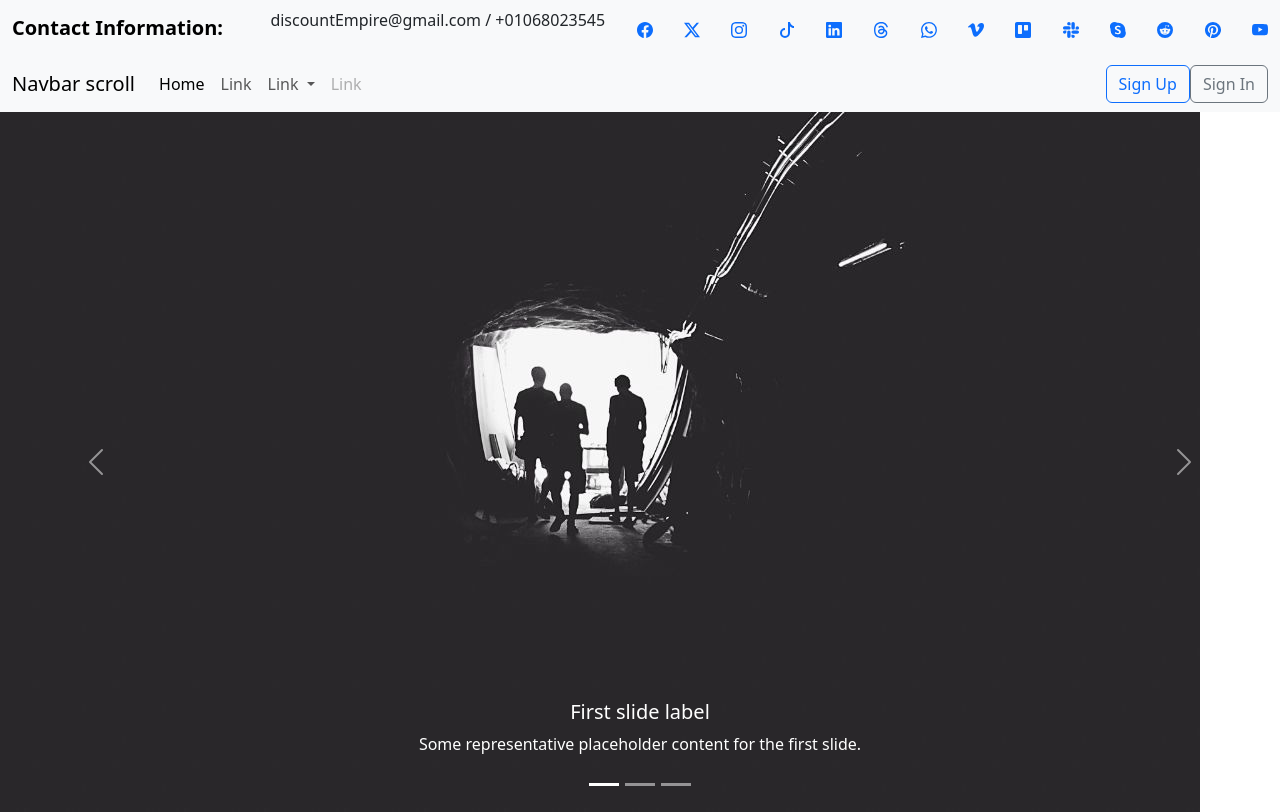
Repository: HaziimYassien/The-Discount-Empire
Page: index.html
The author's editor kept a copy of each file at every save. The page is drawn from the files as they stood at one save, then again after a run of saves.
The browser window is 1280 px wide. The pictures show the whole page.

Above is the page before, as saved 2024-01-24 18:28:49.

### index.html
<!DOCTYPE html>
<html lang="en">
  <head>
    <meta charset="UTF-8" />
    <meta name="viewport" content="width=device-width, initial-scale=1.0" />
<link href="https://cdn.jsdelivr.net/npm/bootstrap@5.3.2/dist/css/bootstrap.min.css" rel="stylesheet" integrity="sha384-T3c6CoIi6uLrA9TneNEoa7RxnatzjcDSCmG1MXxSR1GAsXEV/Dwwykc2MPK8M2HN" crossorigin="anonymous">
<script src="https://cdn.jsdelivr.net/npm/bootstrap@5.3.2/dist/js/bootstrap.bundle.min.js" integrity="sha384-C6RzsynM9kWDrMNeT87bh95OGNyZPhcTNXj1NW7RuBCsyN/o0jlpcV8Qyq46cDfL" crossorigin="anonymous"></script>

    <title>Document</title>
  </head>
  <body>
    <!-- START _SocialMediaBar -->
<nav class="h-auto navbar sticky-top navbar-light bg-light">
  <div class="h-1 container-fluid">
    <strong class="mb-0 navbar-brand" href="#">Contact Information:  </strong>
    <p>discountEmpire@gmail.com / +01068023545</p>
    <a href="#">
 <svg xmlns="http://www.w3.org/2000/svg" width="16" height="16" fill="currentColor" class="bi bi-facebook" viewBox="0 0 16 16">
  <path d="M16 8.049c0-4.446-3.582-8.05-8-8.05C3.58 0-.002 3.603-.002 8.05c0 4.017 2.926 7.347 6.75 7.951v-5.625h-2.03V8.05H6.75V6.275c0-2.017 1.195-3.131 3.022-3.131.876 0 1.791.157 1.791.157v1.98h-1.009c-.993 0-1.303.621-1.303 1.258v1.51h2.218l-.354 2.326H9.25V16c3.824-.604 6.75-3.934 6.75-7.951"/>
</svg>
    </a>

    <a href="#">
<svg xmlns="http://www.w3.org/2000/svg" width="16" height="16" fill="currentColor" class="bi bi-twitter-x" viewBox="0 0 16 16">
  <path d="M12.6.75h2.454l-5.36 6.142L16 15.25h-4.937l-3.867-5.07-4.425 5.07H.316l5.733-6.57L0 .75h5.063l3.495 4.633L12.601.75Zm-.86 13.028h1.36L4.323 2.145H2.865z"/>
</svg>
</a>
<a href="#">
<svg xmlns="http://www.w3.org/2000/svg" width="16" height="16" fill="currentColor" class="bi bi-instagram" viewBox="0 0 16 16">
  <path d="M8 0C5.829 0 5.556.01 4.703.048 3.85.088 3.269.222 2.76.42a3.9 3.9 0 0 0-1.417.923A3.9 3.9 0 0 0 .42 2.76C.222 3.268.087 3.85.048 4.7.01 5.555 0 5.827 0 8.001c0 2.172.01 2.444.048 3.297.04.852.174 1.433.372 1.942.205.526.478.972.923 1.417.444.445.89.719 1.416.923.51.198 1.09.333 1.942.372C5.555 15.99 5.827 16 8 16s2.444-.01 3.298-.048c.851-.04 1.434-.174 1.943-.372a3.9 3.9 0 0 0 1.416-.923c.445-.445.718-.891.923-1.417.197-.509.332-1.09.372-1.942C15.99 10.445 16 10.173 16 8s-.01-2.445-.048-3.299c-.04-.851-.175-1.433-.372-1.941a3.9 3.9 0 0 0-.923-1.417A3.9 3.9 0 0 0 13.24.42c-.51-.198-1.092-.333-1.943-.372C10.443.01 10.172 0 7.998 0zm-.717 1.442h.718c2.136 0 2.389.007 3.232.046.78.035 1.204.166 1.486.275.373.145.64.319.92.599s.453.546.598.92c.11.281.24.705.275 1.485.039.843.047 1.096.047 3.231s-.008 2.389-.047 3.232c-.035.78-.166 1.203-.275 1.485a2.5 2.5 0 0 1-.599.919c-.28.28-.546.453-.92.598-.28.11-.704.24-1.485.276-.843.038-1.096.047-3.232.047s-2.39-.009-3.233-.047c-.78-.036-1.203-.166-1.485-.276a2.5 2.5 0 0 1-.92-.598 2.5 2.5 0 0 1-.6-.92c-.109-.281-.24-.705-.275-1.485-.038-.843-.046-1.096-.046-3.233s.008-2.388.046-3.231c.036-.78.166-1.204.276-1.486.145-.373.319-.64.599-.92s.546-.453.92-.598c.282-.11.705-.24 1.485-.276.738-.034 1.024-.044 2.515-.045zm4.988 1.328a.96.96 0 1 0 0 1.92.96.96 0 0 0 0-1.92m-4.27 1.122a4.109 4.109 0 1 0 0 8.217 4.109 4.109 0 0 0 0-8.217m0 1.441a2.667 2.667 0 1 1 0 5.334 2.667 2.667 0 0 1 0-5.334"/>
</svg>
</a>
<a href="#">
<svg xmlns="http://www.w3.org/2000/svg" width="16" height="16" fill="currentColor" class="bi bi-tiktok" viewBox="0 0 16 16">
  <path d="M9 0h1.98c.144.715.54 1.617 1.235 2.512C12.895 3.389 13.797 4 15 4v2c-1.753 0-3.07-.814-4-1.829V11a5 5 0 1 1-5-5v2a3 3 0 1 0 3 3z"/>
</svg>
</a>
<a href="#">
<svg xmlns="http://www.w3.org/2000/svg" width="16" height="16" fill="currentColor" class="bi bi-linkedin" viewBox="0 0 16 16">
  <path d="M0 1.146C0 .513.526 0 1.175 0h13.65C15.474 0 16 .513 16 1.146v13.708c0 .633-.526 1.146-1.175 1.146H1.175C.526 16 0 15.487 0 14.854zm4.943 12.248V6.169H2.542v7.225zm-1.2-8.212c.837 0 1.358-.554 1.358-1.248-.015-.709-.52-1.248-1.342-1.248S2.4 3.226 2.4 3.934c0 .694.521 1.248 1.327 1.248zm4.908 8.212V9.359c0-.216.016-.432.08-.586.173-.431.568-.878 1.232-.878.869 0 1.216.662 1.216 1.634v3.865h2.401V9.25c0-2.22-1.184-3.252-2.764-3.252-1.274 0-1.845.7-2.165 1.193v.025h-.016l.016-.025V6.169h-2.4c.03.678 0 7.225 0 7.225z"/>
</svg>
</a>
<a href="#">
<svg xmlns="http://www.w3.org/2000/svg" width="16" height="16" fill="currentColor" class="bi bi-threads" viewBox="0 0 16 16">
  <path d="M6.321 6.016c-.27-.18-1.166-.802-1.166-.802.756-1.081 1.753-1.502 3.132-1.502.975 0 1.803.327 2.394.948s.928 1.509 1.005 2.644q.492.207.905.484c1.109.745 1.719 1.86 1.719 3.137 0 2.716-2.226 5.075-6.256 5.075C4.594 16 1 13.987 1 7.994 1 2.034 4.482 0 8.044 0 9.69 0 13.55.243 15 5.036l-1.36.353C12.516 1.974 10.163 1.43 8.006 1.43c-3.565 0-5.582 2.171-5.582 6.79 0 4.143 2.254 6.343 5.63 6.343 2.777 0 4.847-1.443 4.847-3.556 0-1.438-1.208-2.127-1.27-2.127-.236 1.234-.868 3.31-3.644 3.31-1.618 0-3.013-1.118-3.013-2.582 0-2.09 1.984-2.847 3.55-2.847.586 0 1.294.04 1.663.114 0-.637-.54-1.728-1.9-1.728-1.25 0-1.566.405-1.967.868ZM8.716 8.19c-2.04 0-2.304.87-2.304 1.416 0 .878 1.043 1.168 1.6 1.168 1.02 0 2.067-.282 2.232-2.423a6.2 6.2 0 0 0-1.528-.161"/>
</svg>
</a>
<a href="#">
<svg xmlns="http://www.w3.org/2000/svg" width="16" height="16" fill="currentColor" class="bi bi-whatsapp" viewBox="0 0 16 16">
  <path d="M13.601 2.326A7.85 7.85 0 0 0 7.994 0C3.627 0 .068 3.558.064 7.926c0 1.399.366 2.76 1.057 3.965L0 16l4.204-1.102a7.9 7.9 0 0 0 3.79.965h.004c4.368 0 7.926-3.558 7.93-7.93A7.9 7.9 0 0 0 13.6 2.326zM7.994 14.521a6.6 6.6 0 0 1-3.356-.92l-.24-.144-2.494.654.666-2.433-.156-.251a6.56 6.56 0 0 1-1.007-3.505c0-3.626 2.957-6.584 6.591-6.584a6.56 6.56 0 0 1 4.66 1.931 6.56 6.56 0 0 1 1.928 4.66c-.004 3.639-2.961 6.592-6.592 6.592m3.615-4.934c-.197-.099-1.17-.578-1.353-.646-.182-.065-.315-.099-.445.099-.133.197-.513.646-.627.775-.114.133-.232.148-.43.05-.197-.1-.836-.308-1.592-.985-.59-.525-.985-1.175-1.103-1.372-.114-.198-.011-.304.088-.403.087-.088.197-.232.296-.346.1-.114.133-.198.198-.33.065-.134.034-.248-.015-.347-.05-.099-.445-1.076-.612-1.47-.16-.389-.323-.335-.445-.34-.114-.007-.247-.007-.38-.007a.73.73 0 0 0-.529.247c-.182.198-.691.677-.691 1.654s.71 1.916.81 2.049c.098.133 1.394 2.132 3.383 2.992.47.205.84.326 1.129.418.475.152.904.129 1.246.08.38-.058 1.171-.48 1.338-.943.164-.464.164-.86.114-.943-.049-.084-.182-.133-.38-.232"/>
</svg>
</a>
<a href="#">
<svg xmlns="http://www.w3.org/2000/svg" width="16" height="16" fill="currentColor" class="bi bi-vimeo" viewBox="0 0 16 16">
  <path d="M15.992 4.204q-.106 2.334-3.262 6.393-3.263 4.243-5.522 4.243-1.4 0-2.367-2.583L3.55 7.523Q2.83 4.939 2.007 4.94q-.178.001-1.254.754L0 4.724a210 210 0 0 0 2.334-2.081q1.581-1.364 2.373-1.437 1.865-.185 2.298 2.553.466 2.952.646 3.666.54 2.447 1.186 2.445.5 0 1.508-1.587 1.006-1.587 1.077-2.415.144-1.37-1.077-1.37a3 3 0 0 0-1.185.261q1.183-3.86 4.508-3.756 2.466.075 2.324 3.2z"/>
</svg>
</a>
<a href="#">
<svg xmlns="http://www.w3.org/2000/svg" width="16" height="16" fill="currentColor" class="bi bi-trello" viewBox="0 0 16 16">
  <path d="M14.1 0H1.903C.852 0 .002.85 0 1.9v12.19A1.9 1.9 0 0 0 1.902 16h12.199A1.9 1.9 0 0 0 16 14.09V1.9A1.9 1.9 0 0 0 14.1 0M7 11.367a.636.636 0 0 1-.64.633H3.593a.633.633 0 0 1-.63-.633V3.583c0-.348.281-.631.63-.633h2.765c.35.002.632.284.633.633zm6.052-3.5a.633.633 0 0 1-.64.633h-2.78A.636.636 0 0 1 9 7.867V3.583a.636.636 0 0 1 .633-.633h2.778c.35.002.631.285.631.633z"/>
</svg>
</a>
<a href="#">
<svg xmlns="http://www.w3.org/2000/svg" width="16" height="16" fill="currentColor" class="bi bi-slack" viewBox="0 0 16 16">
  <path d="M3.362 10.11c0 .926-.756 1.681-1.681 1.681S0 11.036 0 10.111.756 8.43 1.68 8.43h1.682zm.846 0c0-.924.756-1.68 1.681-1.68s1.681.756 1.681 1.68v4.21c0 .924-.756 1.68-1.68 1.68a1.685 1.685 0 0 1-1.682-1.68zM5.89 3.362c-.926 0-1.682-.756-1.682-1.681S4.964 0 5.89 0s1.68.756 1.68 1.68v1.682zm0 .846c.924 0 1.68.756 1.68 1.681S6.814 7.57 5.89 7.57H1.68C.757 7.57 0 6.814 0 5.89c0-.926.756-1.682 1.68-1.682zm6.749 1.682c0-.926.755-1.682 1.68-1.682S16 4.964 16 5.889s-.756 1.681-1.68 1.681h-1.681zm-.848 0c0 .924-.755 1.68-1.68 1.68A1.685 1.685 0 0 1 8.43 5.89V1.68C8.43.757 9.186 0 10.11 0c.926 0 1.681.756 1.681 1.68zm-1.681 6.748c.926 0 1.682.756 1.682 1.681S11.036 16 10.11 16s-1.681-.756-1.681-1.68v-1.682h1.68zm0-.847c-.924 0-1.68-.755-1.68-1.68s.756-1.681 1.68-1.681h4.21c.924 0 1.68.756 1.68 1.68 0 .926-.756 1.681-1.68 1.681z"/>
</svg>
</a>
<a href="#">
<svg xmlns="http://www.w3.org/2000/svg" width="16" height="16" fill="currentColor" class="bi bi-skype" viewBox="0 0 16 16">
  <path d="M4.671 0c.88 0 1.733.247 2.468.702a7.42 7.42 0 0 1 6.02 2.118 7.37 7.37 0 0 1 2.167 5.215q0 .517-.072 1.026a4.66 4.66 0 0 1 .6 2.281 4.64 4.64 0 0 1-1.37 3.294A4.67 4.67 0 0 1 11.18 16c-.84 0-1.658-.226-2.37-.644a7.42 7.42 0 0 1-6.114-2.107A7.37 7.37 0 0 1 .529 8.035q0-.545.08-1.081a4.644 4.644 0 0 1 .76-5.59A4.68 4.68 0 0 1 4.67 0zm.447 7.01c.18.309.43.572.729.769a7 7 0 0 0 1.257.653q.737.308 1.145.523c.229.112.437.264.615.448.135.142.21.331.21.528a.87.87 0 0 1-.335.723c-.291.196-.64.289-.99.264a2.6 2.6 0 0 1-1.048-.206 11 11 0 0 1-.532-.253 1.3 1.3 0 0 0-.587-.15.72.72 0 0 0-.501.176.63.63 0 0 0-.195.491.8.8 0 0 0 .148.482 1.2 1.2 0 0 0 .456.354 5.1 5.1 0 0 0 2.212.419 4.6 4.6 0 0 0 1.624-.265 2.3 2.3 0 0 0 1.08-.801c.267-.39.402-.855.386-1.327a2.1 2.1 0 0 0-.279-1.101 2.5 2.5 0 0 0-.772-.792A7 7 0 0 0 8.486 7.3a1 1 0 0 0-.145-.058 18 18 0 0 1-1.013-.447 1.8 1.8 0 0 1-.54-.387.73.73 0 0 1-.2-.508.8.8 0 0 1 .385-.723 1.76 1.76 0 0 1 .968-.247c.26-.003.52.03.772.096q.412.119.802.293c.105.049.22.075.336.076a.6.6 0 0 0 .453-.19.7.7 0 0 0 .18-.496.72.72 0 0 0-.17-.476 1.4 1.4 0 0 0-.556-.354 3.7 3.7 0 0 0-.708-.183 6 6 0 0 0-1.022-.078 4.5 4.5 0 0 0-1.536.258 2.7 2.7 0 0 0-1.174.784 1.9 1.9 0 0 0-.45 1.287c-.01.37.076.736.25 1.063"/>
</svg>
</a>
<a href="#">
<svg xmlns="http://www.w3.org/2000/svg" width="16" height="16" fill="currentColor" class="bi bi-reddit" viewBox="0 0 16 16">
  <path d="M6.167 8a.83.83 0 0 0-.83.83c0 .459.372.84.83.831a.831.831 0 0 0 0-1.661m1.843 3.647c.315 0 1.403-.038 1.976-.611a.23.23 0 0 0 0-.306.213.213 0 0 0-.306 0c-.353.363-1.126.487-1.67.487-.545 0-1.308-.124-1.671-.487a.213.213 0 0 0-.306 0 .213.213 0 0 0 0 .306c.564.563 1.652.61 1.977.61zm.992-2.807c0 .458.373.83.831.83s.83-.381.83-.83a.831.831 0 0 0-1.66 0z"/>
  <path d="M16 8A8 8 0 1 1 0 8a8 8 0 0 1 16 0m-3.828-1.165c-.315 0-.602.124-.812.325-.801-.573-1.9-.945-3.121-.993l.534-2.501 1.738.372a.83.83 0 1 0 .83-.869.83.83 0 0 0-.744.468l-1.938-.41a.2.2 0 0 0-.153.028.2.2 0 0 0-.086.134l-.592 2.788c-1.24.038-2.358.41-3.17.992-.21-.2-.496-.324-.81-.324a1.163 1.163 0 0 0-.478 2.224q-.03.17-.029.353c0 1.795 2.091 3.256 4.669 3.256s4.668-1.451 4.668-3.256c0-.114-.01-.238-.029-.353.401-.181.688-.592.688-1.069 0-.65-.525-1.165-1.165-1.165"/>
</svg>
</a>
<a href="#">
<svg xmlns="http://www.w3.org/2000/svg" width="16" height="16" fill="currentColor" class="bi bi-pinterest" viewBox="0 0 16 16">
  <path d="M8 0a8 8 0 0 0-2.915 15.452c-.07-.633-.134-1.606.027-2.297.146-.625.938-3.977.938-3.977s-.239-.479-.239-1.187c0-1.113.645-1.943 1.448-1.943.682 0 1.012.512 1.012 1.127 0 .686-.437 1.712-.663 2.663-.188.796.4 1.446 1.185 1.446 1.422 0 2.515-1.5 2.515-3.664 0-1.915-1.377-3.254-3.342-3.254-2.276 0-3.612 1.707-3.612 3.471 0 .688.265 1.425.595 1.826a.24.24 0 0 1 .056.23c-.061.252-.196.796-.222.907-.035.146-.116.177-.268.107-1-.465-1.624-1.926-1.624-3.1 0-2.523 1.834-4.84 5.286-4.84 2.775 0 4.932 1.977 4.932 4.62 0 2.757-1.739 4.976-4.151 4.976-.811 0-1.573-.421-1.834-.919l-.498 1.902c-.181.695-.669 1.566-.995 2.097A8 8 0 1 0 8 0"/>
</svg>
</a>
<a href="#">
<svg xmlns="http://www.w3.org/2000/svg" width="16" height="16" fill="currentColor" class="bi bi-youtube" viewBox="0 0 16 16">
  <path d="M8.051 1.999h.089c.822.003 4.987.033 6.11.335a2.01 2.01 0 0 1 1.415 1.42c.101.38.172.883.22 1.402l.01.104.022.26.008.104c.065.914.073 1.77.074 1.957v.075c-.001.194-.01 1.108-.082 2.06l-.008.105-.009.104c-.05.572-.124 1.14-.235 1.558a2.01 2.01 0 0 1-1.415 1.42c-1.16.312-5.569.334-6.18.335h-.142c-.309 0-1.587-.006-2.927-.052l-.17-.006-.087-.004-.171-.007-.171-.007c-1.11-.049-2.167-.128-2.654-.26a2.01 2.01 0 0 1-1.415-1.419c-.111-.417-.185-.986-.235-1.558L.09 9.82l-.008-.104A31 31 0 0 1 0 7.68v-.123c.002-.215.01-.958.064-1.778l.007-.103.003-.052.008-.104.022-.26.01-.104c.048-.519.119-1.023.22-1.402a2.01 2.01 0 0 1 1.415-1.42c.487-.13 1.544-.21 2.654-.26l.17-.007.172-.006.086-.003.171-.007A100 100 0 0 1 7.858 2zM6.4 5.209v4.818l4.157-2.408z"/>
</svg>
</a>
  </div>
</nav>
    <!-- END _SocialMediaBar -->
    <!-- START _NavBar -->
    <nav class="navbar navbar-expand-lg navbar-light bg-light sticky-top">
      <div class="container-fluid">
        <a class="navbar-brand" href="#">Navbar scroll</a>
        <button
          class="navbar-toggler"
          type="button"
          data-bs-toggle="collapse"
          data-bs-target="#navbarScroll"
          aria-controls="navbarScroll"
          aria-expanded="false"
          aria-label="Toggle navigation"
        >
          <span class="navbar-toggler-icon"></span>
        </button>
        <div class="collapse navbar-collapse" id="navbarScroll">
          <ul
            class="navbar-nav me-auto my-2 my-lg-0 navbar-nav-scroll"
            style="--bs-scroll-height: 100px"
          >
            <li class="nav-item">
              <a class="nav-link active" aria-current="page" href="#">Home</a>
            </li>
            <li class="nav-item">
              <a class="nav-link" href="#">Link</a>
            </li>
            <li class="nav-item dropdown">
              <a
                class="nav-link dropdown-toggle"
                href="#"
                id="navbarScrollingDropdown"
                role="button"
                data-bs-toggle="dropdown"
                aria-expanded="false"
              >
                Link
              </a>
              <ul
                class="dropdown-menu"
                aria-labelledby="navbarScrollingDropdown"
              >
                <li><a class="dropdown-item" href="#">Action</a></li>
                <li><a class="dropdown-item" href="#">Another action</a></li>
                <li><hr class="dropdown-divider" /></li>
                <li>
                  <a class="dropdown-item" href="#">Something else here</a>
                </li>
              </ul>
            </li>
            <li class="nav-item">
              <a
                class="nav-link disabled"
                href="#"
                tabindex="-1"
                aria-disabled="true"
                >Link</a
              >
            </li>
          </ul>

            <button class="btn btn-outline-primary" type="#">
              Sign Up
            </button>
              <button class="btn btn-outline-secondary" type="#">
              Sign In
            </button>
          </form>
        </div>
      </div>
    </nav>
    <!-- END _NavBar -->


    <!-- START _Gallery -->

<div id="carouselExampleDark" class="carousel carousel-light slide" data-bs-ride="carousel">
  <div class="carousel-indicators">
    <button type="button" data-bs-target="#carouselExampleDark" data-bs-slide-to="0" class="active" aria-current="true" aria-label="Slide 1"></button>
    <button type="button" data-bs-target="#carouselExampleDark" data-bs-slide-to="1" aria-label="Slide 2"></button>
    <button type="button" data-bs-target="#carouselExampleDark" data-bs-slide-to="2" aria-label="Slide 3"></button>
  </div>
  <div class="carousel-inner">
    <div class="carousel-item active" data-bs-interval="10000">
      <img src="/img/la.jpg" class="d-block w-99" alt="...">
      <div class="carousel-caption d-none d-md-block">
        <h5>First slide label</h5>
        <p>Some representative placeholder content for the first slide.</p>
      </div>
    </div>
    <div class="carousel-item" data-bs-interval="2000">
      <img src="/img/la.jpg" class="d-block w-99" alt="...">
      <div class="carousel-caption d-none d-md-block">
        <h5>Second slide label</h5>
        <p>Some representative placeholder content for the second slide.</p>
      </div>
    </div>
    <div class="carousel-item">
      <img src="/img/la.jpg" class="d-block w-99" alt="...">
      <div class="carousel-caption d-none d-md-block">
        <h5>Third slide label</h5>
        <p>Some representative placeholder content for the third slide.</p>
      </div>
    </div>
  </div>
  <button class="carousel-control-prev" type="button" data-bs-target="#carouselExampleDark" data-bs-slide="prev">
    <span class="carousel-control-prev-icon" aria-hidden="true"></span>
    <span class="visually-hidden">Previous</span>
  </button>
  <button class="carousel-control-next" type="button" data-bs-target="#carouselExampleDark" data-bs-slide="next">
    <span class="carousel-control-next-icon" aria-hidden="true"></span>
    <span class="visually-hidden">Next</span>
  </button>
</div>
    <!-- END _Gallery -->



    <!-- START _Services -->

    <!-- END _Services -->
  </body>
</html>

After the next 5 saves:
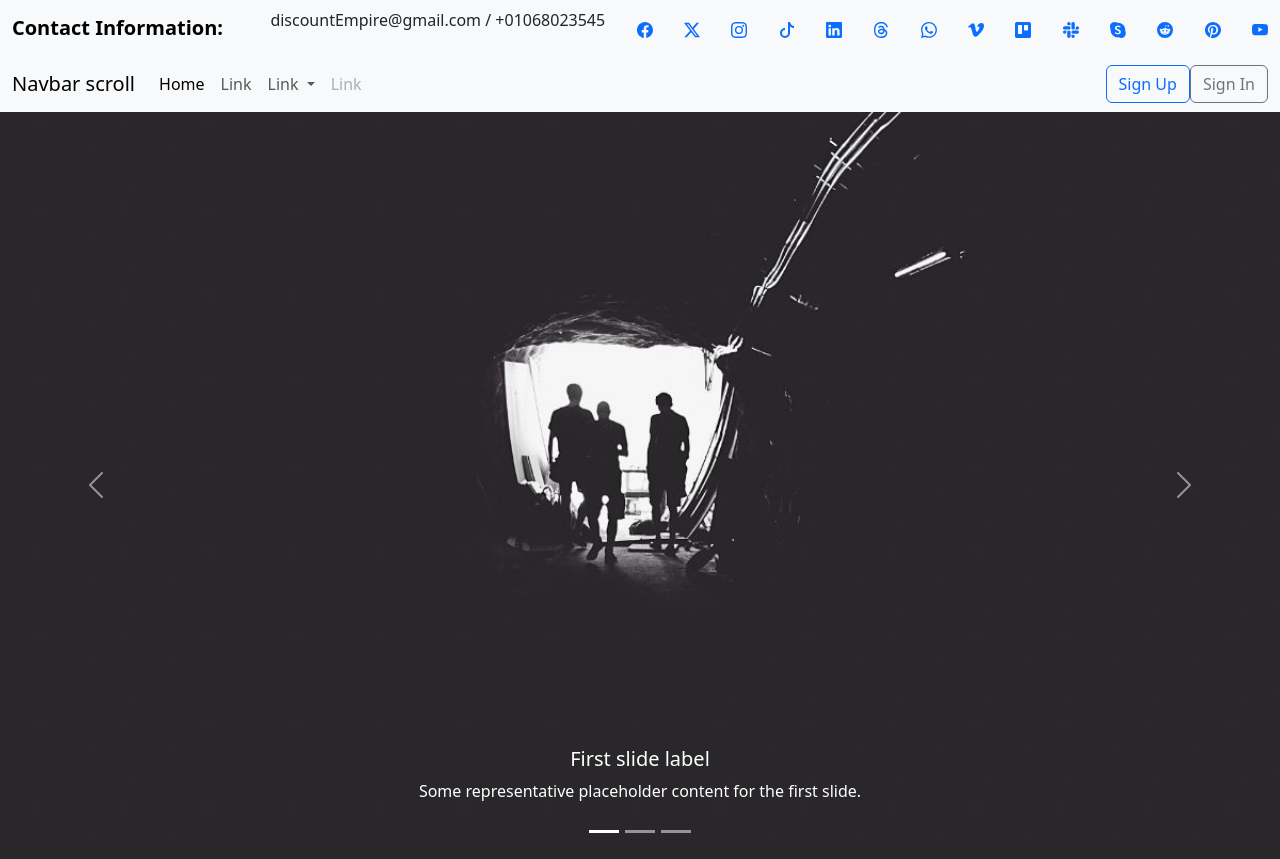
The 5 saves are shown as one change because they came seconds apart.
The last was saved 13 s later.
--- a/index.html
+++ b/index.html
@@ -172,21 +172,21 @@
   </div>
   <div class="carousel-inner">
     <div class="carousel-item active" data-bs-interval="10000">
-      <img src="/img/la.jpg" class="d-block w-99" alt="...">
+      <img src="/img/la.jpg" class="d-block w-100" alt="...">
       <div class="carousel-caption d-none d-md-block">
         <h5>First slide label</h5>
         <p>Some representative placeholder content for the first slide.</p>
       </div>
     </div>
     <div class="carousel-item" data-bs-interval="2000">
-      <img src="/img/la.jpg" class="d-block w-99" alt="...">
+      <img src="/img/la.jpg" class="d-block w-100" alt="...">
       <div class="carousel-caption d-none d-md-block">
         <h5>Second slide label</h5>
         <p>Some representative placeholder content for the second slide.</p>
       </div>
     </div>
     <div class="carousel-item">
-      <img src="/img/la.jpg" class="d-block w-99" alt="...">
+      <img src="/img/la.jpg" class="d-block w-100" alt="...">
       <div class="carousel-caption d-none d-md-block">
         <h5>Third slide label</h5>
         <p>Some representative placeholder content for the third slide.</p>
